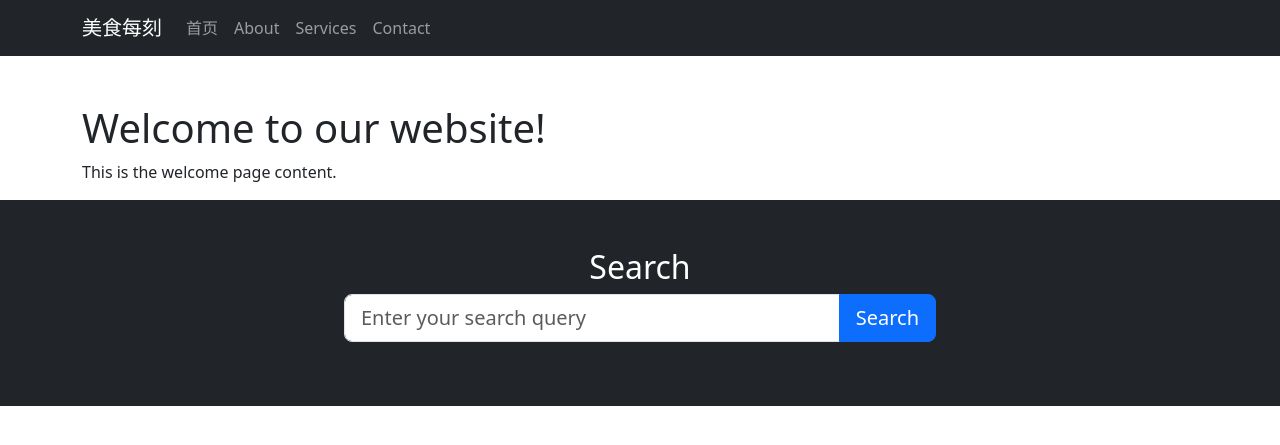
Repository: gyfffffff/meishimeike_test
Page: meishimeike/hello.html
These files come from the project's save history. The page is drawn as it stood at one moment and after the next save; the edit follows.
The browser window is 1280 px wide. The pictures show the whole page.

Above is the page before, as saved 2023-07-13 10:33:49.

After the next save:
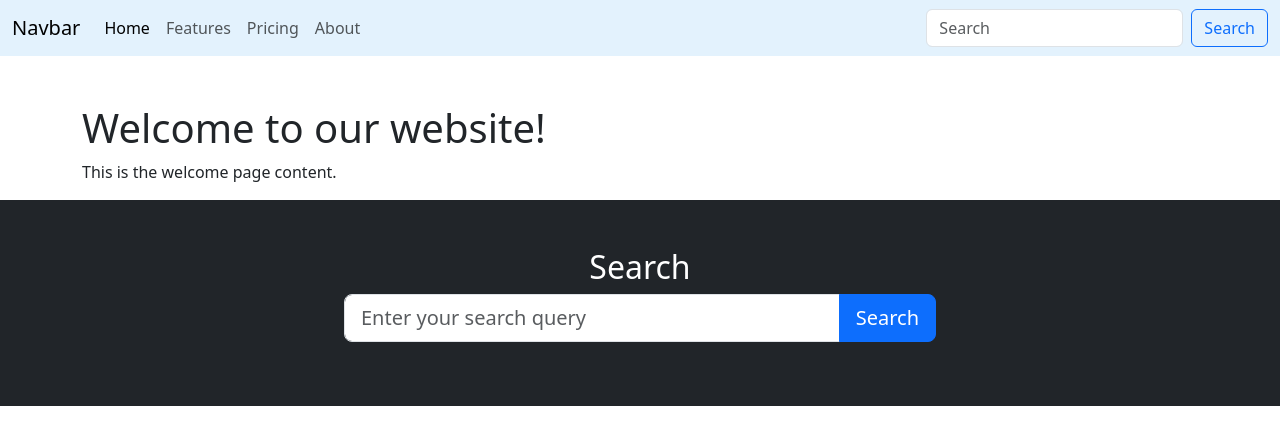
Saved 2 min 42 s later.
--- a/meishimeike/hello.html
+++ b/meishimeike/hello.html
@@ -9,31 +9,35 @@
 </head>
 
 <body>
-    <nav class="navbar navbar-expand-lg navbar-dark bg-dark">
-        <div class="container">
-            <a class="navbar-brand" href="#">美食每刻</a>
-            <button class="navbar-toggler" type="button" data-bs-toggle="collapse" data-bs-target="#navbarNav"
-                aria-controls="navbarNav" aria-expanded="false" aria-label="Toggle navigation">
-                <span class="navbar-toggler-icon"></span>
-            </button>
-            <div class="collapse navbar-collapse" id="navbarNav">
-                <ul class="navbar-nav ml-auto">
-                    <li class="nav-item">
-                        <a class="nav-link" href="#">首页</a>
-                    </li>
-                    <li class="nav-item">
-                        <a class="nav-link" href="#">About</a>
-                    </li>
-                    <li class="nav-item">
-                        <a class="nav-link" href="#">Services</a>
-                    </li>
-                    <li class="nav-item">
-                        <a class="nav-link" href="#">Contact</a>
-                    </li>
-                </ul>
-            </div>
+<nav class="navbar navbar-expand-lg" style="background-color: #e3f2fd;" data-bs-theme="light">
+    <div class="container-fluid">
+        <a class="navbar-brand" href="#">Navbar</a>
+        <button class="navbar-toggler collapsed" type="button" data-bs-toggle="collapse" data-bs-target="#navbarColor03"
+            aria-controls="navbarColor03" aria-expanded="false" aria-label="Toggle navigation">
+            <span class="navbar-toggler-icon"></span>
+        </button>
+        <div class="navbar-collapse collapse" id="navbarColor03" style="">
+            <ul class="navbar-nav me-auto mb-2 mb-lg-0">
+                <li class="nav-item">
+                    <a class="nav-link active" aria-current="page" href="#">Home</a>
+                </li>
+                <li class="nav-item">
+                    <a class="nav-link" href="#">Features</a>
+                </li>
+                <li class="nav-item">
+                    <a class="nav-link" href="#">Pricing</a>
+                </li>
+                <li class="nav-item">
+                    <a class="nav-link" href="#">About</a>
+                </li>
+            </ul>
+            <form class="d-flex" role="search">
+                <input class="form-control me-2" type="search" placeholder="Search" aria-label="Search">
+                <button class="btn btn-outline-primary" type="submit">Search</button>
+            </form>
         </div>
-    </nav>
+    </div>
+</nav>
 
     <div class="container mt-5">
         <h1>Welcome to our website!</h1>
